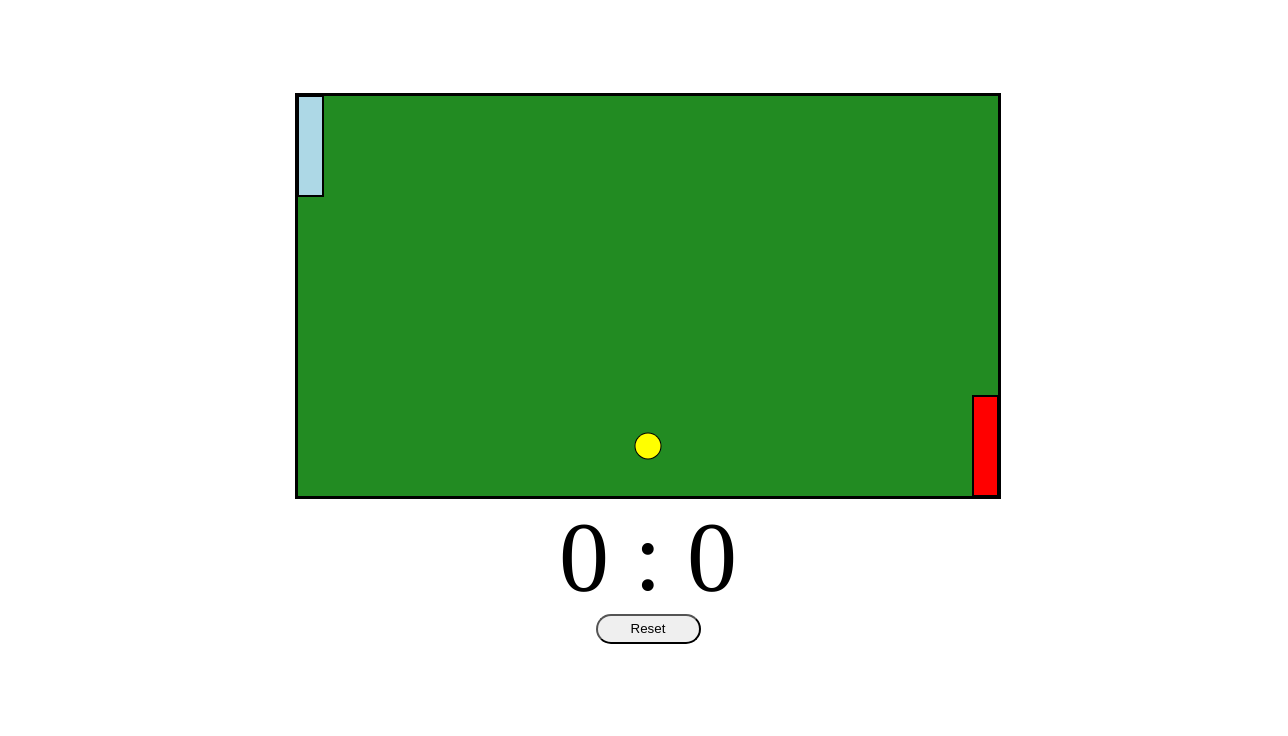
Repository: zacheys123/ping-pong
Page: index.html
These files come from the project's save history. The page is drawn as it stood at one moment and after the next save; the edit follows.
The browser window is 1280 px wide. The page is 1288 px wide, so the pictures cover 1288 px, including what lies to the right of the window. The pictures show the whole page.

Above is the page before, as saved 2023-07-01 00:10:39.

### index.html
<html lang="en">
	<head>
		<meta charset="UTF-8" />
		<meta http-equiv="X-UA-Compatible" content="IE=edge" />
		<meta
			name="viewport"
			content="width=device-width, initial-scale=1.0"
		/>
		<title>Ping pong</title>
		<link rel="stylesheet" href="style.css" />
	</head>
	<body>
		<div id="gamecontainer">
			<canvas id="gameboard"></canvas>
			<div id="scoretext">0 : 0</div>
			<button id="resetbutton">Reset</button>
		</div>

		<script src="index.js"></script>
	</body>
</html>

### style.css
body {
	display: flex;
	justify-content: center;
	align-items: center;
	position: relative;
	width: 100vw;
	height: 100vh;
	overflow-y: hidden;
}
#gamecontainer {
	position: absolute;
	width: 100%;
	text-align: center;
}
#gameboard {
	border: 3px solid;
}
#scoretext {
	font-family: 'consolas' cursive;
	font-size: 100px;
}
#resetbutton {
	font-family: 'monospace' cursive;
	border-radius: 15px;
	cursor: pointer;
	width: 105px;
	height: 30px;
}

### index.js
const canvas = document.querySelector('#gameboard');
const ctx = canvas.getContext('2d');
const scoreText = document.querySelector('#scoretext');
canvas.width = 700;
canvas.height = 400;
const gamewidth = canvas.width;
const gameheight = canvas.height;
const resetbutton = document.querySelector('#resetbutton');
const paddle1color = 'lightblue';
const paddle2color = 'red';
const gameColor = 'forestgreen';
const paddleBorder = 'black';
const ballcolor = 'yellow';
const ballborder = 'black';
const ballradius = 12.5;
const paddlespeed = 50;

let intervalId = 0;
let ballspeed = 1;
let ballX = gamewidth / 2;
let ballY = gameheight / 2;
let ballXdirection = 0;
let ballYdirection = 0;
let player1core = 0;
let player2core = 0;
let paddle1 = { width: 25, height: 100, x: 0, y: 0 };
let paddle2 = {
	width: 25,
	height: 100,
	x: gamewidth - 25,
	y: gameheight - 100,
};

addEventListener('keydown', changeDirections, true);
resetbutton.addEventListener('click', reset, true);

gameStart();

function gameStart() {
	createBall();
	nextTick();
}
function nextTick() {
	intervalId = setTimeout(function () {
		clearBoard();
		drawPaddles();

		moveBall();
		drawBall(ballX, ballY);
		checkCollision();
		nextTick();
	}, 76);
}
function drawBall(ballX, ballY) {
	ctx.fillStyle = ballcolor;

	ctx.strokeStyle = ballborder;
	ctx.lineWidth = 2;
	ctx.beginPath();
	ctx.arc(ballX, ballY, ballradius, 0, 2 * Math.PI);
	ctx.stroke();
	ctx.fill();
}
function clearBoard() {
	ctx.fillStyle = gameColor;
	ctx.fillRect(0, 0, gamewidth, gameheight);
}
function changeDirections(event) {
	const keyPressed = event.keyCode;
	const paddle1Up = 87;
	const paddle1Down = 83;
	const paddle2Up = 38;
	const paddle2Down = 40;
	switch (keyPressed) {
		case paddle1Up:
			if (paddle1.y > 0) paddle1.y -= paddlespeed;
			break;
		case paddle1Down:
			if (paddle1.y + paddle1.height < gameheight)
				paddle1.y += paddlespeed;
			break;
		case paddle2Up:
			if (paddle2.y > 0) paddle2.y -= paddlespeed;
			break;
		case paddle2Down:
			if (paddle2.y + paddle2.height < gameheight)
				paddle2.y += paddlespeed;
			break;
	}
}
function createBall() {
	ballspeed = 1;
	if (Math.round(Math.random()) === 1) {
		ballXdirection = 1;
	} else {
		ballXdirection = -1;
	}
	if (Math.round(Math.random()) === 1) {
		ballYdirection = 1;
	} else {
		ballYdirection = -1;
	}
	ballX = gamewidth / 2;
	ballY = gamewidth / 2;
}
function moveBall() {}
function checkCollision() {}
function drawPaddles() {
	ctx.strokeStyle = paddleBorder;
	ctx.fillStyle = paddle1color;
	ctx.fillRect(paddle1.x, paddle1.y, paddle1.width, paddle1.height);
	ctx.strokeRect(paddle1.x, paddle1.y, paddle1.width, paddle1.height);
	ctx.fillStyle = paddle2color;
	ctx.fillRect(paddle2.x, paddle2.y, paddle2.width, paddle2.height);
	ctx.strokeRect(paddle2.x, paddle2.y, paddle2.width, paddle2.height);
}
function updateScore() {}
function reset() {}

After the next save:
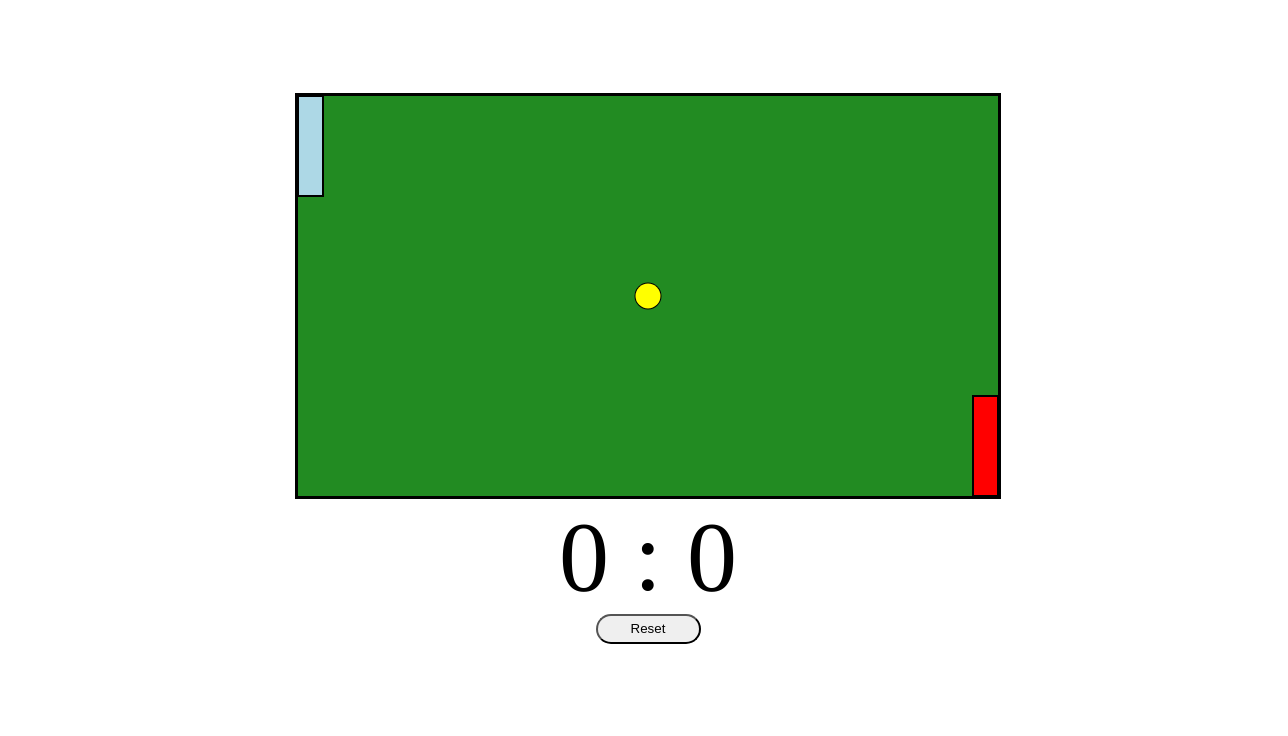
Saved 37 s later.
--- a/index.js
+++ b/index.js
@@ -101,7 +101,7 @@ function createBall() {
 		ballYdirection = -1;
 	}
 	ballX = gamewidth / 2;
-	ballY = gamewidth / 2;
+	ballY = gameheight / 2;
 }
 function moveBall() {}
 function checkCollision() {}
